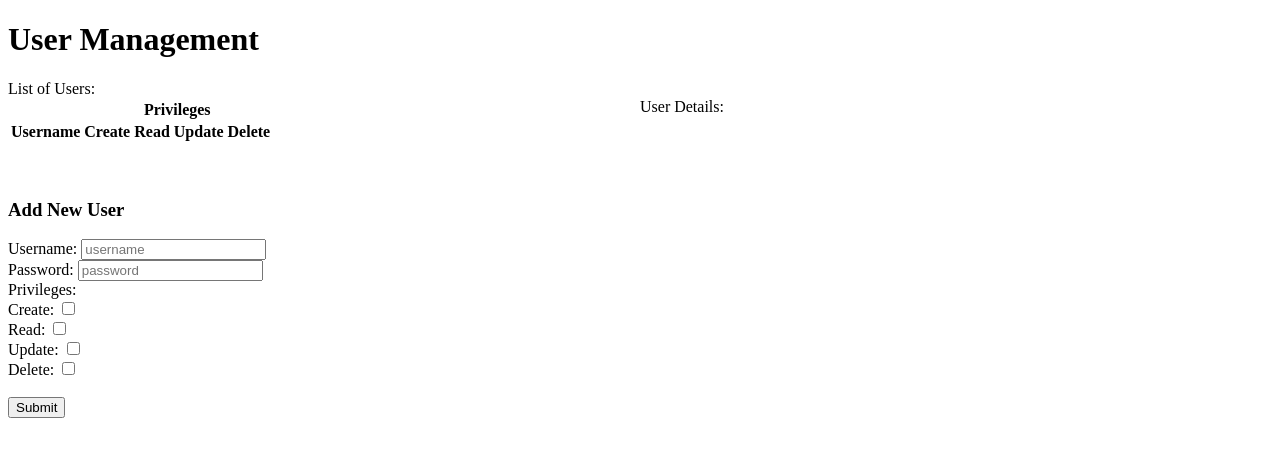
Repository: danalenvargas/TrainingWorkspace
Page: http://localhost/CaseStudyDraft/usermanagement.jsp
An editor plug-in stored every save of this project. The page is shown before and after the next save, followed by the edit.
The browser window is 1280 px wide. The pictures show the whole page.
The page is served by Tomcat 9. Other server files are loaded and not shown.

Above is the page before, as saved 2018-08-27 05:16:33.

### CaseStudyDraft/WebContent/usermanagement.jsp
<%@ taglib prefix = "c" uri = "http://java.sun.com/jsp/jstl/core" %>
<%@ page language="java" contentType="text/html; charset=ISO-8859-1"
    pageEncoding="ISO-8859-1"%>
<!DOCTYPE html PUBLIC "-//W3C//DTD HTML 4.01 Transitional//EN" "http://www.w3.org/TR/html4/loose.dtd">
<html>
<head>
<meta http-equiv="Content-Type" content="text/html; charset=ISO-8859-1">
<title>User Management</title>
</head>
<body>
<h1>User Management</h1>
List of Users: <br>
<div style="width:50%; float:left;">
	<table>
		<tr>
			<th></th>
			<th colspan="4">Privileges</th>
		</tr>
		<tr>
			<th>Username</th>
			<th>Create</th>
			<th>Read</th>
			<th>Update</th>
			<th>Delete</th>
		</tr>
		<c:forEach items="${userList}" var="account">
			<tr>
				<td onclick="showUserDetails();">${account.username}</td>
				<td>${account.canCreate}</td>
				<td>${account.canRead}</td>
				<td>${account.canUpdate}</td>
				<td>${account.canDelete}</td>
			</tr>
		</c:forEach>
	</table>
	<br><br>
	<h3>Add New User</h3>
	<form action="UserManagement" method="post">
		Username: <input type="text" name="username" placeholder="username"><br>
		Password: <input type="password" name="password" placeholder="password"><br>
		Privileges:<br>
		Create: <input type="checkbox" name="canCreate" value="1"><br>
		Read: <input type="checkbox" name="canRead" value="1"><br>
		Update: <input type="checkbox" name="canUpdate" value="1"><br>
		Delete: <input type="checkbox" name="canDelete" value="1"><br>
		<br>
		<input type="hidden" name="action" value="addUser">
		<input type="submit" value="Submit">
	</form>
</div>
<div style="width:50%; float:right;">
	User Details:
</div>
</body>
</html>

After the next save:
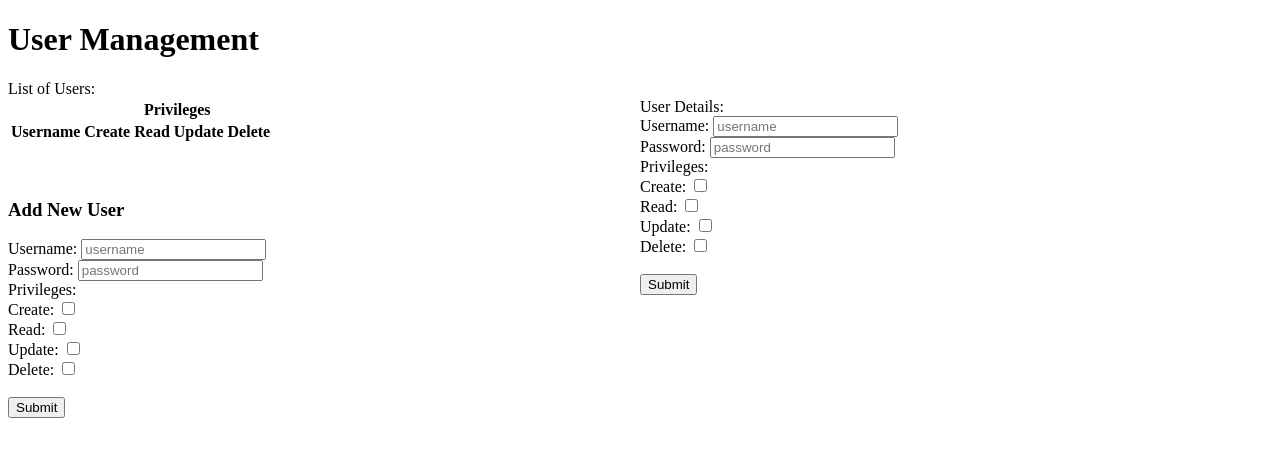
Saved 4 min 20 s later.
--- a/CaseStudyDraft/WebContent/usermanagement.jsp
+++ b/CaseStudyDraft/WebContent/usermanagement.jsp
@@ -50,6 +50,19 @@ List of Users: <br>
 </div>
 <div style="width:50%; float:right;">
 	User Details:
+	<form action="UserManagement" method="post">
+		Username: <input type="text" name="username" placeholder="username"><br>
+		Password: <input type="password" name="password" placeholder="password"><br>
+		Privileges:<br>
+		Create: <input type="checkbox" name="canCreate" value="1"><br>
+		Read: <input type="checkbox" name="canRead" value="1"><br>
+		Update: <input type="checkbox" name="canUpdate" value="1"><br>
+		Delete: <input type="checkbox" name="canDelete" value="1"><br>
+		<br>
+		<input type="hidden" name="userId">
+		<input type="hidden" name="action" value="editUser">
+		<input type="submit" value="Submit">
+	</form>
 </div>
 </body>
 </html>
